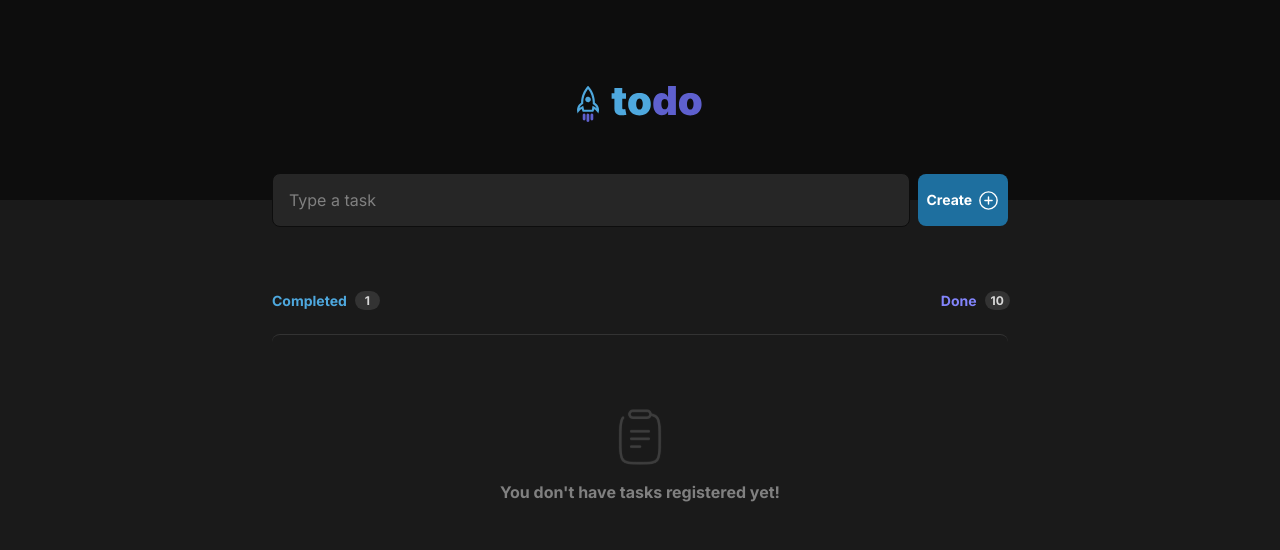
Repository: JoseGu1llardi/to-do-list-D01
Page: /
These files come from the project's save history. The page is drawn as it stood at one moment and after the next save; the edit follows.
The browser window is 1280 px wide. The pictures show the whole page.
The project was rebuilt for these pictures with package versions that can differ from the ones it lists, and the page was loaded fresh each time. Also part of the build but not shown: vite.config.ts.

Above is the page before, as saved 2023-03-11 19:17:03.

After the next save:
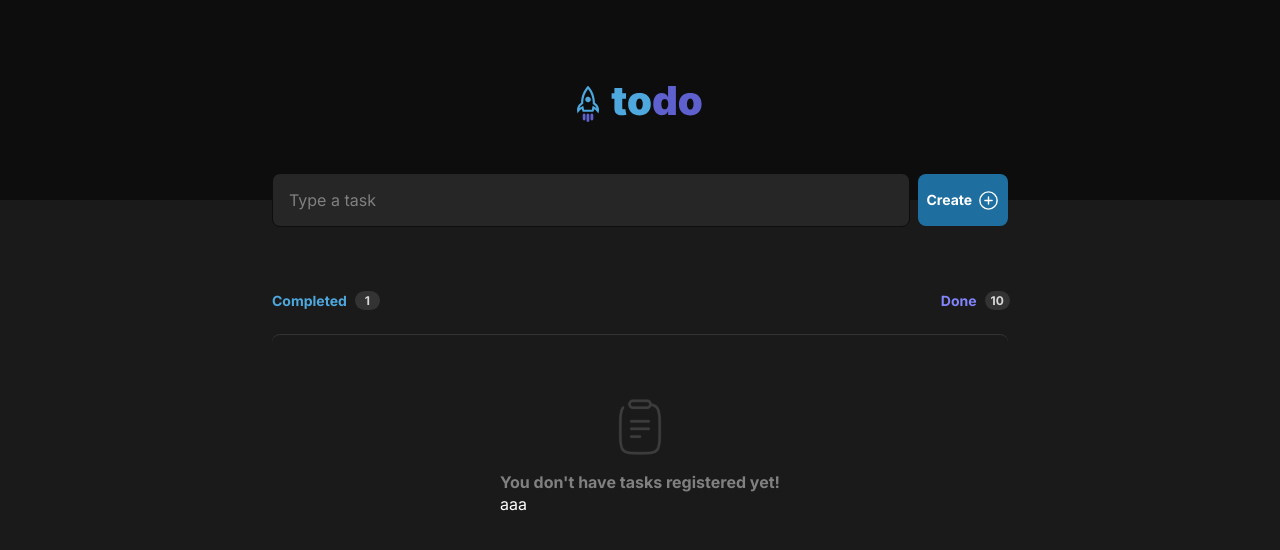
Saved 7 s later.
--- a/src/components/Tasks/index.tsx
+++ b/src/components/Tasks/index.tsx
@@ -27,7 +27,7 @@ export function Tasks() {
                 <img src={Clipboard} alt="" />
                 <p>
                     <strong>You don't have tasks registered yet!</strong>
-
+                    aaa
                 </p>
             </section>
         </>
